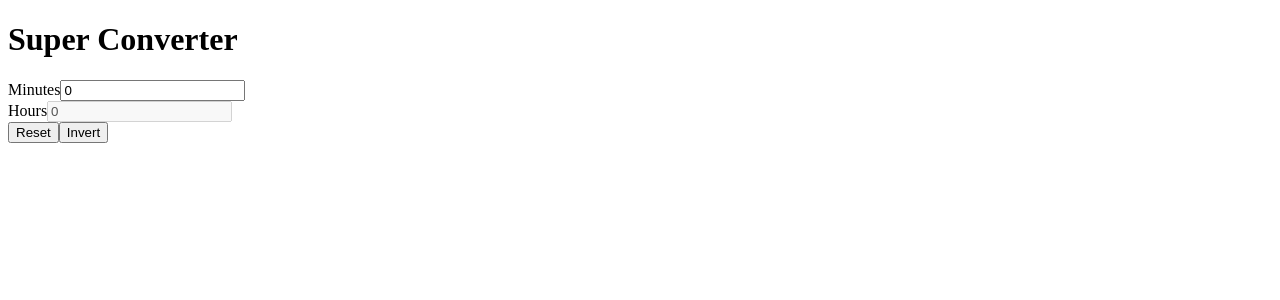
Repository: TaewookKwak/React
Page: index.html
The author's editor kept a copy of each file at every save. The page is drawn from the files as they stood at one save, then again after the next save.
The browser window is 1280 px wide. The pictures show the whole page.

Above is the page before, as saved 2021-12-15 10:25:05.

After the next save:
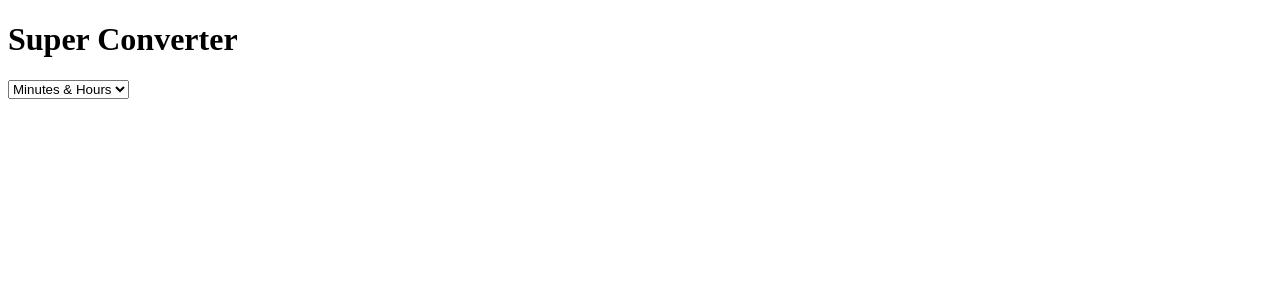
Saved 31 min 2 s later.
--- a/index.html
+++ b/index.html
@@ -43,11 +43,15 @@
         </div>
       );
     }
+    function KmToMiles() {}
     function App() {
       return (
         <div>
           <h1>Super Converter</h1>
-          <MinutesToHours />
+          <select>
+            <option value="">Minutes & Hours</option>
+            <option value="">Km & Miles</option>
+          </select>
         </div>
       );
     }
